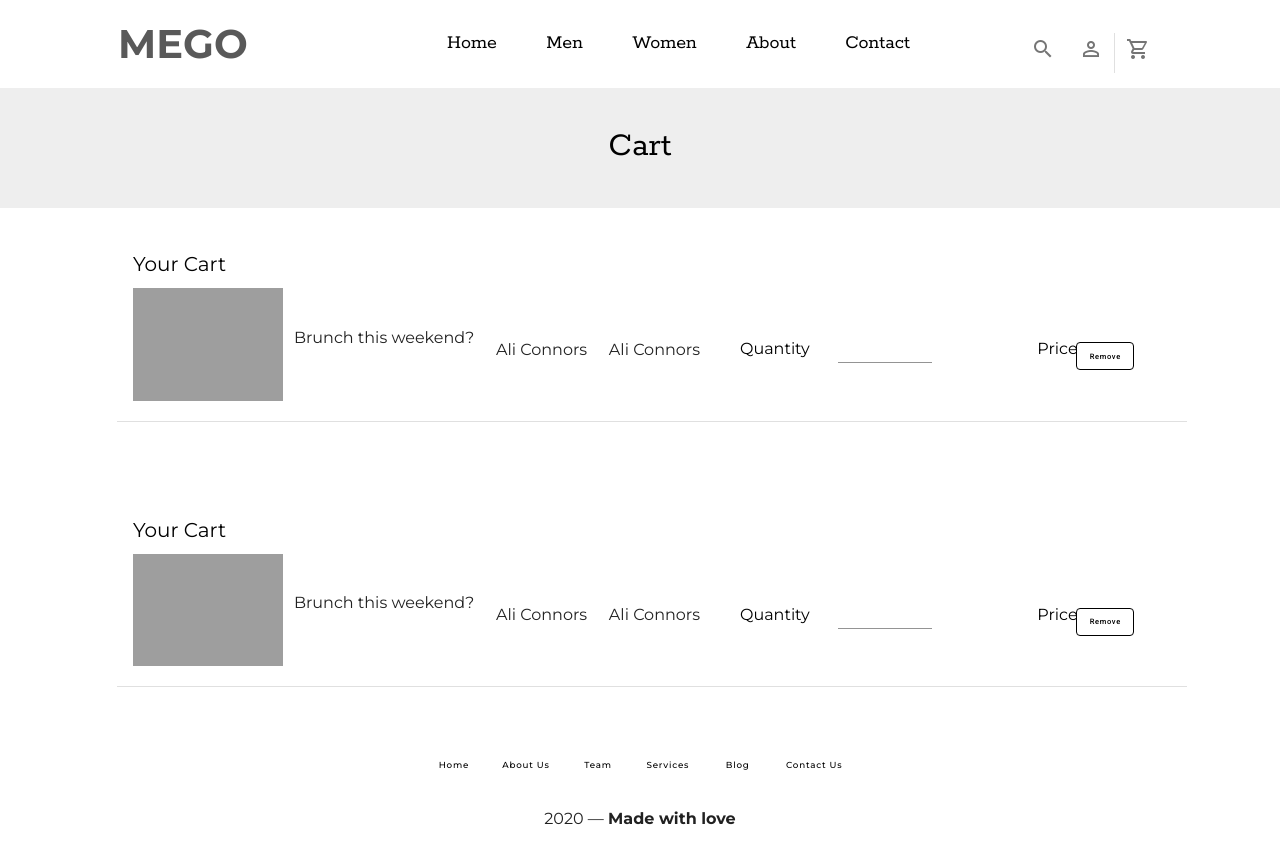
Repository: nguyenphuong152/mego-frontend
Page: /cart (app in frontend/)
The author's editor kept a copy of each file at every save. The page is drawn from the files as they stood at one save, then again after the next save.
The browser window is 1280 px wide. The pictures show the whole page.
Pictures or frames that could not be fetched are drawn as grey boxes. The project was rebuilt for these pictures with package versions that can differ from the ones it lists, and the page was loaded fresh each time. Also part of the build but not shown: frontend/vue.config.js, frontend/src/components/Customer/Collection.vue, frontend/src/components/Customer/Banner.vue, frontend/src/components/Customer/BestSeller.vue, frontend/src/components/Customer/Partner.vue, frontend/src/views/Customer/Home.vue, frontend/src/components/Customer/ProductCategory.vue, frontend/src/components/Customer/ProductView.vue and 10 more. Imported but missing from the stored project, and not drawn on this page: frontend/src/views/Admin/Category.vue, frontend/src/views/Admin/ManageProduct.vue, frontend/src/views/Admin/ManageUser.vue, frontend/src/views/Admin/OrderList.vue.

Above is the page before, as saved 2020-11-26 17:01:40.

### frontend/public/index.html
<!DOCTYPE html>
<html lang="en">
  <head>
    <meta charset="utf-8">
    <head>
      <title>MEGO</title>
    </head>
    <meta http-equiv="X-UA-Compatible" content="IE=edge">
    <meta name="viewport" content="width=device-width,initial-scale=1.0">
    <link rel="icon" href="<%= BASE_URL %>favicon.ico">
    <title><%= htmlWebpackPlugin.options.title %></title>
    <link href="https://fonts.googleapis.com/css?family=Montserrat:300,400,500,600,700" rel="stylesheet">
    <link href="https://fonts.googleapis.com/css?family=Rokkitt:100,300,400,700" rel="stylesheet">
    <link rel="stylesheet" href="https://fonts.googleapis.com/css?family=Roboto:100,300,400,500,700,900">
    <link rel="stylesheet" href="https://cdn.jsdelivr.net/npm/@mdi/font@latest/css/materialdesignicons.min.css">
  </head>
  <body>
    <noscript>
      <strong>We're sorry but <%= htmlWebpackPlugin.options.title %> doesn't work properly without JavaScript enabled. Please enable it to continue.</strong>
    </noscript>
    <div id="app"></div>
    <!-- built files will be auto injected -->
  </body>
</html>

### frontend/src/main.js
import Vue from 'vue'
import App from './App.vue'
import vuetify from './plugins/vuetify';
import router from './router'
import '../sass/style.scss'
import 'bootstrap/dist/css/bootstrap.css'
import 'bootstrap-vue/dist/bootstrap-vue.css'
import { BootstrapVue, IconsPlugin } from 'bootstrap-vue'

Vue.use(BootstrapVue)
// Optionally install the BootstrapVue icon components plugin
Vue.use(IconsPlugin)
Vue.config.productionTip = false

new Vue({
  vuetify,
  router,
  render: h => h(App)
}).$mount('#app')

### frontend/src/App.vue
<template>
  <v-app app>
    <v-container v-if="!['Admin', 'Banner', 'Category','Product','ManageUser','OrderList','Dashboard'].includes($route.name)">
      <Toolbar />
    </v-container>
    <v-main>
      <router-view></router-view>
    </v-main>
      <Footer v-if="!['Admin', 'Banner', 'Category','Product','ManageUser','OrderList','Dashboard'].includes($route.name)"/>
  </v-app>

</template>

<script>

import Footer from "./components/Customer/Footer";
import Toolbar from "./components/Customer/Toolbar";

export default {
  name: "App",

  components: {
    Toolbar,
    Footer
  },

  data: () => ({
    //
  }),
};
</script>

### frontend/src/plugins/vuetify.js
import Vue from 'vue';
import Vuetify from 'vuetify/lib';


Vue.use(Vuetify);

const vuetify = new Vuetify({
    theme: {
      themes: {
        light: {
          primary: '#000',
          secondary: '#b0bec5',
          accent: '#8c9eff',
          error: '#b71c1c',
        },
      },
    },
  })

export default new Vuetify({
    vuetify,
});

### frontend/src/router/index.js
import Vue from "vue";
import VueRouter from "vue-router";
import Home from "../views/Customer/Home.vue";
import Men from "../views/Customer/Men.vue";
import Women from "../views/Customer/Women.vue";
import Admin from "../views/Admin/Admin.vue";
import Product from "../views/Admin/ManageProduct.vue";
import Banner from "../views/Admin/Banner.vue";
import Category from "../views/Admin/Category.vue";
import ManageUser from "../views/Admin/ManageUser.vue";
import OrderList from "../views/Admin/OrderList.vue";
import Dashboard from "../views/Admin/Dashboard.vue"
//import ProductDetail from "../views/ProductDetail.vue"

Vue.use(VueRouter);

const routes = [
  {
    path: "/",
    name: "Home",
    component: Home,
  },
  {
    path: "/men",
    name: "Men",
    component: Men,
  },
  {
    path: "/women",
    name: "Women",
    component: Women,
  },
  {
    path: "/about",
    name: "About",
    // route level code-splitting
    // this generates a separate chunk (about.[hash].js) for this route
    // which is lazy-loaded when the route is visited.
    component: () =>
      import(/* webpackChunkName: "about" */ "../views/Customer/About.vue"),
  },
  {
    path: "/contact",
    name: "Contact",
    component: () =>
      import(/* webpackChunkName: "about" */ "../views/Customer/Contact.vue"),
  },
  {
    path: "/cart",
    name: "Cart",
    component: () =>
      import(/* webpackChunkName: "about" */ "../views/Customer/Cart.vue"),
  },
  {
    path: "/account",
    name: "Account",
    component: () =>
      import(/* webpackChunkName: "about" */ "../views/Customer/Account.vue"),
  },
  {
    path: "/userlogin",
    name: "UserLogin",
    component: () =>
      import(/* webpackChunkName: "about" */ "../views/Customer/UserLogin.vue"),
  },
  {
    path: "/checkout",
    name: "Checkout",
    component: () =>
      import(/* webpackChunkName: "about" */ "../views/Customer/Checkout.vue"),
  },
  {
    path: "/product/:id",
    name: "ProductDetail",
    component: () =>
      import(/* webpackChunkName: "about" */ "../views/Customer/ProductDetail.vue"),
  },
  {
    path: "/admin",
    name: "Admin",
    component: Admin,
    children: [
      {
        path: "/banner",
        name: "Banner",
        component: Banner,
      },
      {
        path: "/category",
        name: "Category",
        component: Category,
      },
      {
        path: "/product",
        name: "Product",
        component: Product,
      },
      {
        path: "/manageuser",
        name: "ManageUser",
        component: ManageUser,
      },
      {
        path: "/orderlist",
        name: "OrderList",
        component: OrderList,
      },
      {
        path: "/dashboard",
        name: "Dashboard",
        component: Dashboard,
      },
    ],
  },
];

const router = new VueRouter({
  mode: "history",
  base: process.env.BASE_URL,
  routes,
});

export default router;

### frontend/sass/style.scss

$font-primary: 'Montserrat',
Arial,
sans-serif;
$font-secondary: 'Rokkitt',
Georgia,
serif;


@import '~vuetify/src/styles/styles.sass';

// Overrides
$grid-gutter-width: 20px !default;
$border-radius-base: 4px !default;
$padding-base-vertical: 14px !default;

$brand-primary: #616161 !default;
$brand-secondary: #88c8bc !default;
$brand-yellow: #FFDD00 !default;
$brand-footer-color: #2C2E3E;

$brand-white: #fff;
$brand-black: #000;
$brand-darker: #444;
$brand-gray: #ccc;
$brand-lighter: #e9e9e9;
$brand-body-color: #e8e8e8;
$brand-selection-color: #f9f6f0;
$brand-overlay-color: #4c4a8a;
$brand-bg-color: $brand-white;

.v-btn {
  text-transform:none !important;
}
// .v-text-field{
//   width: 50px;
//   height: 10px;
// }

#app {
  -webkit-font-smoothing: antialiased;
  -moz-osx-font-smoothing: grayscale;

  text-align: center;
  .container {
    max-width: 1100px;
  }
  font: 300
}

.nav {
  padding-left: 0px;
  a {
    font-size: 20px;
    color: lighten($brand-black,35%);
    font-family: $font-secondary;
    text-decoration: none;
    font-weight: 500;
    &.router-link-exact-active {
      color: #42b983;
    }

  }
}

#logo {
  font-size: 40px;
  font-weight: 700;
  font-family: $font-primary;
  color: lighten($brand-black, 35%);
}


.slogan {
  font-size: 50px;
  color: #2c3e50;
  font-family: $font-secondary;
  text-decoration: none;
}

.title-collection{
  @extend .slogan;
  font-size: 25px;
}


.slogan-3 {
  @extend .slogan;
  font-size: 35px;
}

.title-shoes {
  @extend .slogan;
  font-size: 20px;
}


.footer-text {
  font-family:$font-primary;
  font-size: 16px;
}

.admin {
  font-family: $font-primary;
  font-size:16px;
}

.admin-nav {
  font-family: $font-primary !important;
  font-size: 20px !important;
  color: white !important;
}

### frontend/src/components/Customer/Footer.vue
<template>
  <v-footer class="white" padless>
    <v-row justify="center" no-gutters>
      <v-btn
        v-for="link in links"
        :key="link"
        color="black"
        text
        rounded
        class="my-2 footer-text"
      >
        {{ link }}
      </v-btn>
      <v-col class="white py-4 text-center fluid footer-text" cols="12">
        {{ new Date().getFullYear() }} — <strong>Made with love</strong>
      </v-col>
    </v-row>
  </v-footer>
</template>

<script>
export default {
  data: () => ({
    links: ["Home", "About Us", "Team", "Services", "Blog", "Contact Us"],
  }),
};
</script>

<style></style>

### frontend/src/components/Customer/Toolbar.vue
<template>
  <v-toolbar flat>
    <v-row class="d-flex align-baseline">
      <v-col cols="3" class="d-flex justify-lg-start">
        <v-toolbar-title id="logo">MEGO</v-toolbar-title>
      </v-col>
      <v-col class="d-flex justify-space-around text-start nav">
        <router-link to="/">Home</router-link>
        <router-link to="/men">Men</router-link>
        <router-link to="/women">Women</router-link>
        <router-link to="/about">About</router-link>
        <router-link to="/contact">Contact</router-link>
      </v-col>
      <v-col cols="2" class="d-flex justify-end">
        <v-btn icon>
          <v-icon>mdi-magnify</v-icon>
        </v-btn>
        <v-menu
          open-on-hover
          top
          offset-y
          :position-x="960"
          :position-y="230"
          absolute
        >
          <template v-slot:activator="{ on, attrs }">
            <v-btn icon v-bind="attrs" v-on="on">
              <v-icon>mdi-account-outline</v-icon>
            </v-btn>
          </template>

          <v-list class="text-start nav">
            <v-list-item v-for="(item, index) in routes" :key="index" :to="item.path">
              <v-list-item-title>{{ item.name }}</v-list-item-title>
            </v-list-item>
          </v-list>
        </v-menu>
        <v-divider vertical inset></v-divider>
        <v-btn icon @click="goToCart">
          <v-icon>mdi-cart-outline</v-icon>
        </v-btn>
      </v-col>
    </v-row>
  </v-toolbar>
</template>

<script>
export default {
  data: () => ({
    routes: [
      {
        path:"/checkout",
        name:"Check Out"
       },
       {
        path:"/account",
        name:"My Account"
       },
       {
        path:"/userlogin",
        name:"User Login"
       },

    ],
  }),
  methods: {
     goToCart: function() {
     this.$router.push({name: 'Cart'})
     }
  }
};
</script>

<style></style>

### frontend/src/views/Customer/Cart.vue
<template>
  <div class="cart app">
   <v-sheet color="grey lighten-3" height="120">
      <v-container py-8>
        <a class="slogan-3">Cart</a>
      </v-container>
    </v-sheet>
     <div>
       <v-container>
 <v-row>
         <v-col cols="8">
<totalProducts/>
         </v-col>
   <v-col>
<totalProducts/>
         </v-col>
       </v-row>
       </v-container>

  </div>
  </div>
</template>

<script>

import totalProducts from '../../components/Customer/TotalProducts'


export default {
  components: {totalProducts},
   data () {

   }
}
</script>

### frontend/src/components/Customer/TotalProducts.vue
<template>
  <v-container class="app">
    <v-list three-line>
      <template v-for="(item, index) in items">
        <v-subheader
          class="admin-nav black--text"
          v-if="item.header"
          :key="item.header"
          v-text="item.header"
        ></v-subheader>

        <v-divider v-else-if="item.divider" :key="index"></v-divider>

        <v-list-item v-else :key="item.title">
          <v-img :src="item.avatar" max-height="150" max-width="150"></v-img>
          <v-list-item-content >
           <v-row>
              <v-list-item-title
              v-html="item.title"
              class="admin"
            ></v-list-item-title>
           </v-row>
           <v-row>
              <v-list-item-subtitle
              class="admin"
              v-html="item.subtitle"
            ></v-list-item-subtitle>
           </v-row>
           <v-row>
              <v-list-item-subtitle
              class="admin"
              v-html="item.subtitle"
            ></v-list-item-subtitle>
           </v-row>
            <v-row class="pl-4 d-flex align-center">
              <v-col class="pa-0 admin " cols="4">
                <a>Quantity</a>
              </v-col>
              <v-col class="pa-0 admin" cols="3">
                <v-text-field single-line></v-text-field>
              </v-col>
              <v-col class="text-end admin">
                <a> Price</a>
              </v-col>

            </v-row>
            <v-row class="pl-4 d-flex align-center">
                 <v-btn small  outlined color="black">
              Remove
            </v-btn>
              </v-row>

          </v-list-item-content>
        </v-list-item>
      </template>
    </v-list>
  </v-container>
</template>

<script>
export default {
  data: () => ({
    items: [
      { header: "Your Cart" },
      {
        avatar: "https://cdn.vuetifyjs.com/images/lists/1.jpg",
        title: "Brunch this weekend?",
        subtitle: `<span class="text--primary">Ali Connors</span>`,
      },
      { divider: true, inset: true },
    ],
    size: ["Foo", "Bar", "Fizz", "Buzz"],
  }),
};
</script>

<style></style>

After the next save:
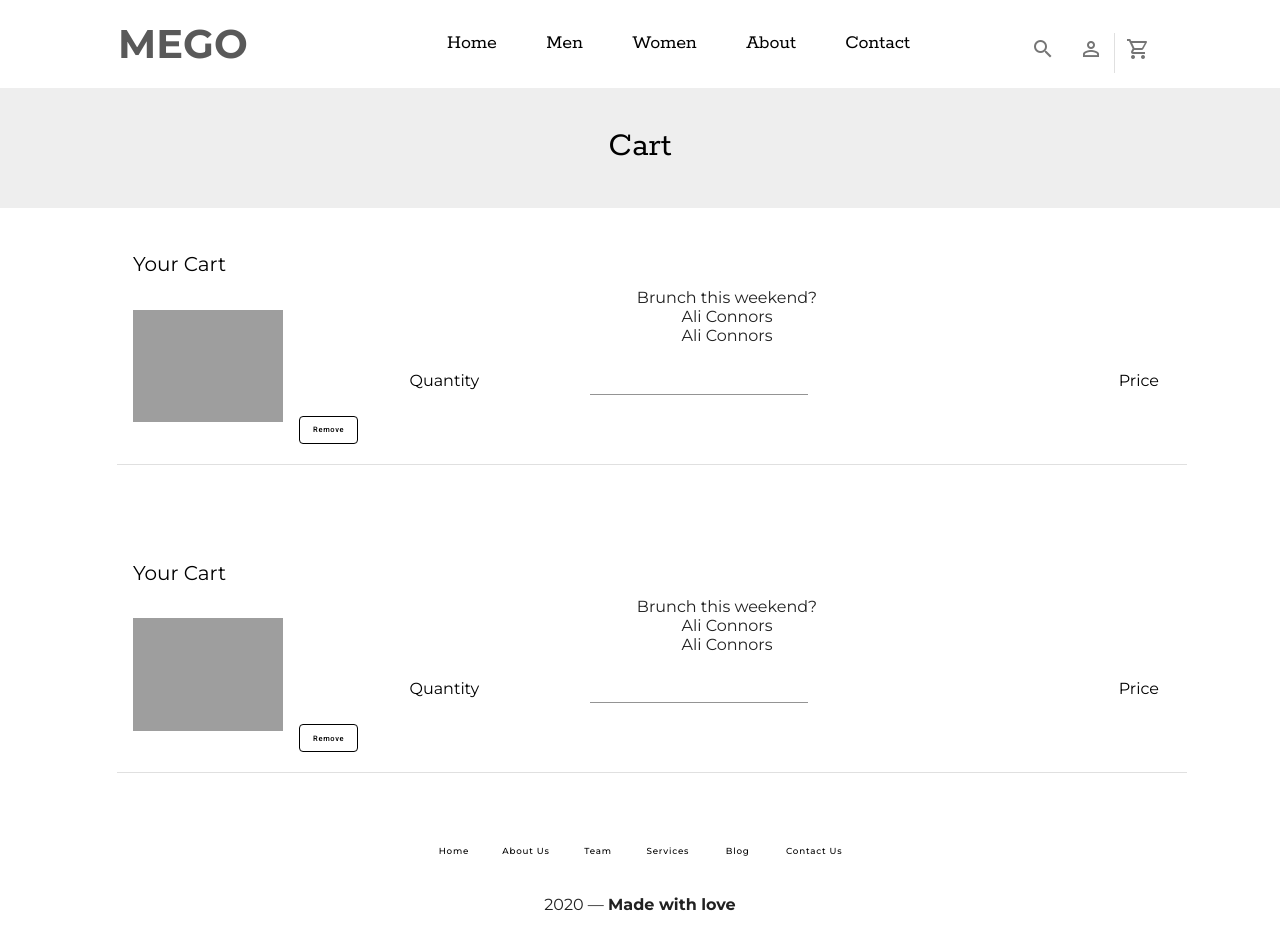
Saved 22 s later.
--- a/frontend/src/components/Customer/TotalProducts.vue
+++ b/frontend/src/components/Customer/TotalProducts.vue
@@ -13,7 +13,7 @@
 
         <v-list-item v-else :key="item.title">
           <v-img :src="item.avatar" max-height="150" max-width="150"></v-img>
-          <v-list-item-content >
+          <v-container>
            <v-row>
               <v-list-item-title
               v-html="item.title"
@@ -50,7 +50,7 @@
             </v-btn>
               </v-row>
 
-          </v-list-item-content>
+          </v-container>
         </v-list-item>
       </template>
     </v-list>
